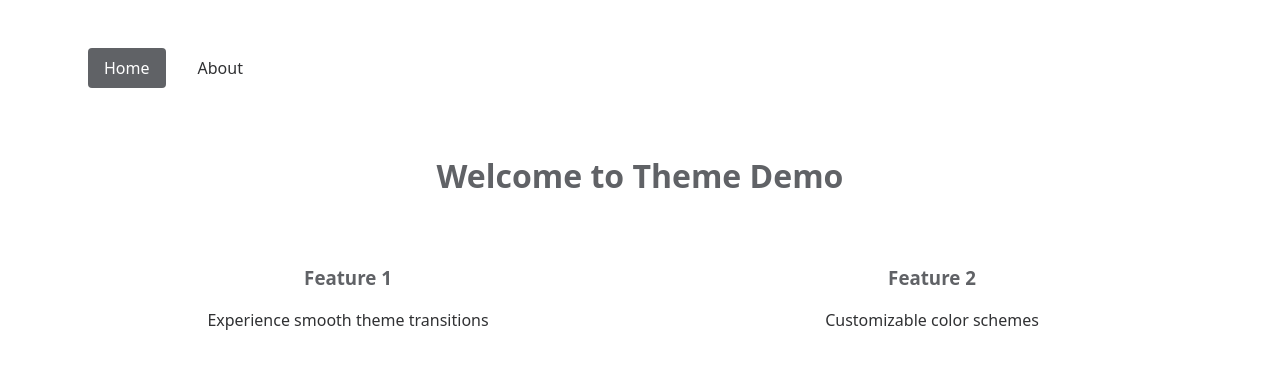
Repository: krislorem/multi
Page: /
The author's editor kept a copy of each file at every save. The page is drawn from the files as they stood at one save, then again after the next save.
The browser window is 1280 px wide. The pictures show the whole page.
The project was rebuilt for these pictures with package versions that can differ from the ones it lists, and the page was loaded fresh each time. Also part of the build but not shown: vite.config.ts.

Above is the page before, as saved 2025-02-12 20:24:27.

### index.html
<!DOCTYPE html>
<html lang="en">

<head>
  <meta charset="UTF-8">
  <link rel="icon" href="/favicon.ico">
  <meta name="viewport" content="width=device-width, initial-scale=1.0">
  <title>Vite App</title>
</head>

<body>
  <div id="app"></div>
  <script type="module" src="/src/main.ts"></script>
</body>
<style>
  html {
    line-height: 1.15;
    /* 1 */
    -webkit-text-size-adjust: 100%;
    /* 2 */
  }

  /* Sections
   ========================================================================== */

  /**
 * Remove the margin in all browsers.
 */

  body {
    margin: 0;
  }

  /**
 * Render the `main` element consistently in IE.
 */

  main {
    display: block;
  }

  /**
 * Correct the font size and margin on `h1` elements within `section` and
 * `article` contexts in Chrome, Firefox, and Safari.
 */

  h1 {
    font-size: 2em;
    margin: 0.67em 0;
  }

  /* Grouping content
   ========================================================================== */

  /**
 * 1. Add the correct box sizing in Firefox.
 * 2. Show the overflow in Edge and IE.
 */

  hr {
    box-sizing: content-box;
    /* 1 */
    height: 0;
    /* 1 */
    overflow: visible;
    /* 2 */
  }

  /**
 * 1. Correct the inheritance and scaling of font size in all browsers.
 * 2. Correct the odd `em` font sizing in all browsers.
 */

  pre {
    font-family: monospace, monospace;
    /* 1 */
    font-size: 1em;
    /* 2 */
  }

  /* Text-level semantics
   ========================================================================== */

  /**
 * Remove the gray background on active links in IE 10.
 */

  a {
    background-color: transparent;
  }

  /**
 * 1. Remove the bottom border in Chrome 57-
 * 2. Add the correct text decoration in Chrome, Edge, IE, Opera, and Safari.
 */

  abbr[title] {
    border-bottom: none;
    /* 1 */
    text-decoration: underline;
    /* 2 */
    text-decoration: underline dotted;
    /* 2 */
  }

  /**
 * Add the correct font weight in Chrome, Edge, and Safari.
 */

  b,
  strong {
    font-weight: bolder;
  }

  /**
 * 1. Correct the inheritance and scaling of font size in all browsers.
 * 2. Correct the odd `em` font sizing in all browsers.
 */

  code,
  kbd,
  samp {
    font-family: monospace, monospace;
    /* 1 */
    font-size: 1em;
    /* 2 */
  }

  /**
 * Add the correct font size in all browsers.
 */

  small {
    font-size: 80%;
  }

  /**
 * Prevent `sub` and `sup` elements from affecting the line height in
 * all browsers.
 */

  sub,
  sup {
    font-size: 75%;
    line-height: 0;
    position: relative;
    vertical-align: baseline;
  }

  sub {
    bottom: -0.25em;
  }

  sup {
    top: -0.5em;
  }

  /* Embedded content
   ========================================================================== */

  /**
 * Remove the border on images inside links in IE 10.
 */

  img {
    border-style: none;
  }

  /* Forms
   ========================================================================== */

  /**
 * 1. Change the font styles in all browsers.
 * 2. Remove the margin in Firefox and Safari.
 */

  button,
  input,
  optgroup,
  select,
  textarea {
    font-family: inherit;
    /* 1 */
    font-size: 100%;
    /* 1 */
    line-height: 1.15;
    /* 1 */
    margin: 0;
    /* 2 */
  }

  /**
 * Show the overflow in IE.
 * 1. Show the overflow in Edge.
 */

  button,
  input {
    /* 1 */
    overflow: visible;
  }

  /**
 * Remove the inheritance of text transform in Edge, Firefox, and IE.
 * 1. Remove the inheritance of text transform in Firefox.
 */

  button,
  select {
    /* 1 */
    text-transform: none;
  }

  /**
 * Correct the inability to style clickable types in iOS and Safari.
 */

  button,
  [type="button"],
  [type="reset"],
  [type="submit"] {
    appearance: button;
  }

  /**
 * Remove the inner border and padding in Firefox.
 */

  button::-moz-focus-inner,
  [type="button"]::-moz-focus-inner,
  [type="reset"]::-moz-focus-inner,
  [type="submit"]::-moz-focus-inner {
    border-style: none;
    padding: 0;
  }

  /**
 * Restore the focus styles unset by the previous rule.
 */

  button:-moz-focusring,
  [type="button"]:-moz-focusring,
  [type="reset"]:-moz-focusring,
  [type="submit"]:-moz-focusring {
    outline: 1px dotted ButtonText;
  }

  /**
 * Correct the padding in Firefox.
 */

  fieldset {
    padding: 0.35em 0.75em 0.625em;
  }

  /**
 * 1. Correct the text wrapping in Edge and IE.
 * 2. Correct the color inheritance from `fieldset` elements in IE.
 * 3. Remove the padding so developers are not caught out when they zero out
 *    `fieldset` elements in all browsers.
 */

  legend {
    box-sizing: border-box;
    /* 1 */
    color: inherit;
    /* 2 */
    display: table;
    /* 1 */
    max-width: 100%;
    /* 1 */
    padding: 0;
    /* 3 */
    white-space: normal;
    /* 1 */
  }

  /**
 * Add the correct vertical alignment in Chrome, Firefox, and Opera.
 */

  progress {
    vertical-align: baseline;
  }

  /**
 * Remove the default vertical scrollbar in IE 10+.
 */

  textarea {
    overflow: auto;
  }

  /**
 * 1. Add the correct box sizing in IE 10.
 * 2. Remove the padding in IE 10.
 */

  [type="checkbox"],
  [type="radio"] {
    box-sizing: border-box;
    /* 1 */
    padding: 0;
    /* 2 */
  }

  /**
 * Correct the cursor style of increment and decrement buttons in Chrome.
 */

  [type="number"]::-webkit-inner-spin-button,
  [type="number"]::-webkit-outer-spin-button {
    height: auto;
  }

  /**
 * 1. Correct the odd appearance in Chrome and Safari.
 * 2. Correct the outline style in Safari.
 */

  [type="search"] {
    appearance: textfield;
    /* 1 */
    outline-offset: -2px;
    /* 2 */
  }

  /**
 * Remove the inner padding in Chrome and Safari on macOS.
 */

  [type="search"]::-webkit-search-decoration {
    -webkit-appearance: none;
  }

  /**
 * 1. Correct the inability to style clickable types in iOS and Safari.
 * 2. Change font properties to `inherit` in Safari.
 */

  ::-webkit-file-upload-button {
    -webkit-appearance: button;
    /* 1 */
    font: inherit;
    /* 2 */
  }

  /* Interactive
   ========================================================================== */

  /*
 * Add the correct display in Edge, IE 10+, and Firefox.
 */

  details {
    display: block;
  }

  /*
 * Add the correct display in all browsers.
 */

  summary {
    display: list-item;
  }

  /* Misc
   ========================================================================== */

  /**
 * Add the correct display in IE 10+.
 */

  template {
    display: none;
  }

  /**
 * Add the correct display in IE 10.
 */

  [hidden] {
    display: none;
  }
</style>

</html>

### src/main.ts
import { createApp } from 'vue'
import { createPinia } from 'pinia'
import piniaPluginPersistedstate from 'pinia-plugin-persistedstate'
import App from './App.vue'
import router from './router'

const pinia = createPinia()
pinia.use(piniaPluginPersistedstate)

const app = createApp(App)

app.use(pinia)
app.use(router)

app.mount('#app')

### src/App.vue
<script setup lang="ts">
import ThemeSwitcher from '@/components/ThemeSwitcher.vue'
</script>

<template>
  <div class="app-container">
    <nav class="main-nav">
      <router-link to="/">Home</router-link>
      <router-link to="/about">About</router-link>
      <ThemeSwitcher />
    </nav>

    <main class="main-content">
      <router-view v-slot="{ Component }">
        <transition name="page" mode="out-in">
          <component :is="Component" />
        </transition>
      </router-view>
    </main>
  </div>
</template>

<style lang="scss">
.app-container {
  max-width: 1200px;
  margin: 0 auto;
  padding: 2rem;

  .main-nav {
    display: flex;
    gap: 1rem;
    margin-bottom: 3rem;
    padding: 1rem;
    background: rgba(var(--primary-color), 0.1);
    border-radius: 8px;

    a {
      padding: 0.5rem 1rem;
      text-decoration: none;
      color: var(--text-color);
      border-radius: 4px;
      transition: background 0.2s ease;

      &:hover {
        background: rgba(var(--primary-color), 0.2);
      }

      &.router-link-active {
        background: var(--primary-color);
        color: white;
      }
    }
  }

  .main-content {
    min-height: 60vh;
  }
}

.page-enter-active,
.page-leave-active {
  transition: opacity 0.3s ease, transform 0.3s ease;
}

.page-enter-from,
.page-leave-to {
  opacity: 0;
  transform: translateY(20px);
}
</style>

### src/router/index.ts
import { createRouter, createWebHistory } from 'vue-router'

const router = createRouter({
  history: createWebHistory(import.meta.env.BASE_URL),
  routes: [
    {
      path: '/',
      name: 'Home',
      component: () => import('@/views/HomeView.vue')
    },
    {
      path: '/about',
      name: 'About',
      component: () => import('@/views/AboutView.vue')
    },
    {
      path: '/:pathMatch(.*)*',
      name: 'NotFound',
      component: () => import('@/views/NotFound.vue')
    }
  ],
  scrollBehavior(to, from, savedPosition) {
    return savedPosition || { top: 0 }
  }
})

export default router

### src/assets/styles/main.scss
@use './light';
@use './dark';

:root {
  font-size: 16px;
  transition: var(--theme-transition);
}

* {
  margin: 0;
  padding: 0;
  box-sizing: border-box;
}


// 混合模式优化层
.mix-blend-optimize {
  isolation: isolate;
  position: relative;
  z-index: 1;

  &::before {
    content: '';
    position: absolute;
    inset: 0;
    background: var(--bg-color);
    z-index: -1;
  }
}

// 应用混合优化的元素
body,
.app-container,
.main-nav,
.main-content {
  @extend .mix-blend-optimize;
}

body {
  background-color: var(--bg-color);
  color: var(--text-color);
  font-family: system-ui, -apple-system, sans-serif;
  line-height: 1.5;
  min-height: 100vh;
  overflow-x: hidden;
}

### src/assets/styles/light.scss
:root[data-theme='light'] {
  // 基础色值
  --bg-color: #ffffff;
  --text-color: #303133;
  --primary-color: #606266;
  --accent-color: ##fe522d;
  --theme-transition: all 0.3s cubic-bezier(0.4, 0, 0.2, 1);
}

### src/assets/styles/dark.scss
:root[data-theme='dark'] {
  // 基础色值
  --bg-color: #000000;
  --text-color: #cfcecc;
  --primary-color: #9f9d99;
  --accent-color: #01add2;
  --theme-transition: all 0.3s cubic-bezier(0.4, 0, 0.2, 1);
}

### src/components/ThemeSwitcher.vue
<script setup lang="ts">
import { useThemeStore } from '@/stores/theme'
import { ref, onMounted } from 'vue'
import gsap from 'gsap'

const themeStore = useThemeStore()
const currentTheme = ref(themeStore.currentTheme)

const getCenterPosition = (element: HTMLElement) => {
  const rect = element.getBoundingClientRect()
  return {
    x: rect.left + rect.width / 2,
    y: rect.top + rect.height / 2
  }
}

const switchTheme = async (event: MouseEvent) => {
  const button = event.currentTarget as HTMLElement
  const { x, y } = getCenterPosition(button)
  const targetTheme = currentTheme.value === 'light' ? 'dark' : 'light'
  if (targetTheme === 'dark') {
    const mask = document.createElement('div')
    mask.style.cssText = `
    position: fixed;
    top: 0;
    left: 0;
    width: 100vw;
    height: 100vh;
    background: #fff;
    clip-path: circle(0% at ${x}px ${y}px);
    z-index: 9999;
    pointer-events: none;
    mix-blend-mode: difference;
  `
    document.body.appendChild(mask)

    await gsap.to(mask, {
      clipPath: `circle(120% at ${x}px ${y}px)`,
      duration: 1,
      ease: 'power4.inOut'
    })

    themeStore.setTheme(targetTheme)
    currentTheme.value = targetTheme
    document.documentElement.setAttribute('data-theme', targetTheme)
    document.body.removeChild(mask)
  } else {
    const mask = document.createElement('div')
    mask.style.cssText = `
  position: fixed;
  top: 0;
  left: 0;
  width: 100vw;
  height: 100vh;
  background: #fff;
  clip-path: circle(150% at ${x}px ${y}px);
  z-index: 9999;
  pointer-events: none;
    mix-blend-mode: difference;
    `
    document.documentElement.setAttribute('data-theme', targetTheme)
    document.body.appendChild(mask)

    await gsap.to(mask, {
      clipPath: `circle(0% at ${x}px ${y}px)`,
      duration: 1,
      ease: 'power4.inOut'
    })

    themeStore.setTheme(targetTheme)
    currentTheme.value = targetTheme
    document.body.removeChild(mask)
  }
}

onMounted(() => {
  document.documentElement.setAttribute('data-theme', themeStore.currentTheme)
})
</script>

<template>
  <button @click="switchTheme" class="theme-switcher"
    :title="`Switch to ${currentTheme === 'light' ? 'dark' : 'light'} theme`">
    <transition name="fade" mode="out-in">
      <Icon v-if="currentTheme === 'light'" icon="line-md:sun-rising-loop" />
      <Icon v-else icon="line-md:moon-alt-loop" />
    </transition>
  </button>
</template>

<style lang="scss">
.theme-switcher {
  background: transparent;
  border: none;
  outline: none;
  padding: 0.8rem;
  border-radius: 50%;
  cursor: pointer;
  transition: transform 0.2s ease-in-out;

  &:hover {
    transform: scale(1.1);
  }

  &:active {
    transform: scale(0.98);
  }

  span {
    display: block;
    font-size: 1.2rem;
    line-height: 1;
  }
}

.fade-enter-active,
.fade-leave-active {
  transition: opacity 0.2s ease;
}

.fade-enter-from,
.fade-leave-to {
  opacity: 0;
}
</style>

### src/views/HomeView.vue
<script setup lang="ts"></script>

<template>
  <div class="home-view">
    <h1>Welcome to Theme Demo</h1>
    <div class="feature-grid">
      <div class="feature-card">
        <h3>Feature 1</h3>
        <p>Experience smooth theme transitions</p>
      </div>
      <div class="feature-card">
        <h3>Feature 2</h3>
        <p>Customizable color schemes</p>
      </div>
    </div>
  </div>
</template>

<style lang="scss">
.home-view {
  text-align: center;

  h1 {
    margin-bottom: 2rem;
    color: var(--primary-color);
  }

  .feature-grid {
    display: grid;
    grid-template-columns: repeat(auto-fit, minmax(250px, 1fr));
    gap: 2rem;
    margin-top: 2rem;
  }

  .feature-card {
    padding: 2rem;
    background: rgba(var(--primary-color), 0.1);
    border-radius: 8px;
    transition: transform 0.2s ease;

    &:hover {
      transform: translateY(-5px);
    }

    h3 {
      color: var(--primary-color);
      margin-bottom: 1rem;
    }
  }
}
</style>

### src/stores/theme.ts
import { defineStore } from 'pinia'

export const useThemeStore = defineStore('theme', {
  state: () => ({
    currentTheme: 'light' as 'light' | 'dark'
  }),
  actions: {
    setTheme(theme: 'light' | 'dark') {
      if (this.currentTheme !== theme) {
        this.currentTheme = theme
      }
    }
  },
  persist: {
    key: 'vue-theme',
    storage: localStorage,
    pick: ['currentTheme']
  }
})

After the next save:
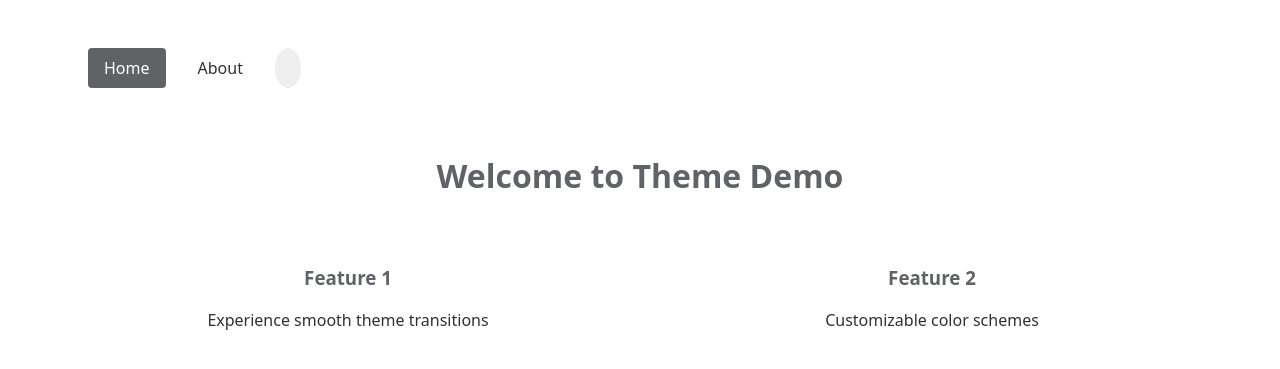
Saved 58 s later.
--- a/src/components/ThemeSwitcher.vue
+++ b/src/components/ThemeSwitcher.vue
@@ -90,7 +90,6 @@ onMounted(() => {
 
 <style lang="scss">
 .theme-switcher {
-  background: transparent;
   border: none;
   outline: none;
   padding: 0.8rem;
